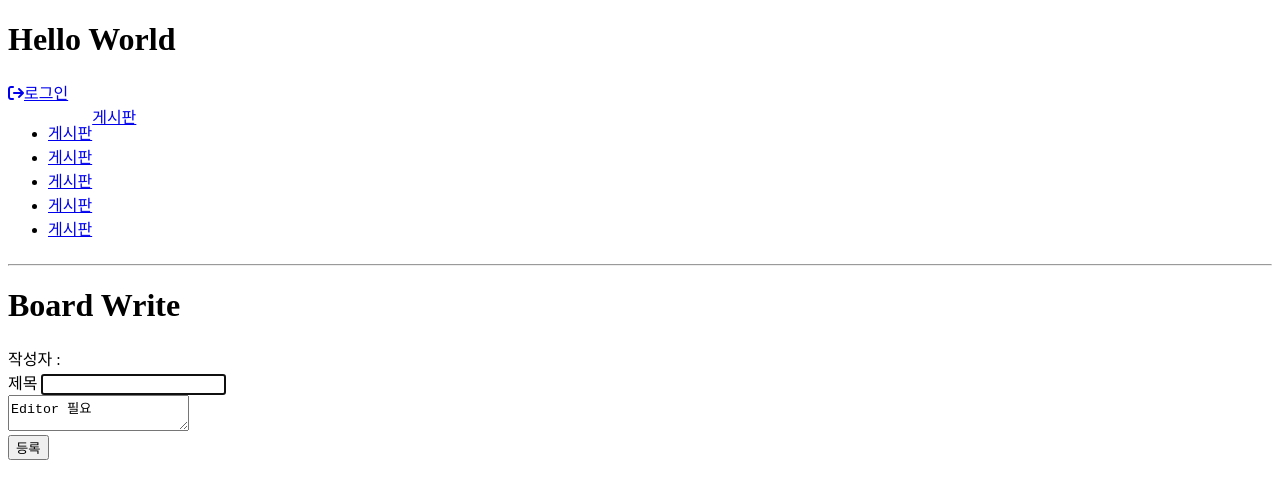
Repository: choimeeyoung94/spring-mvc
Page: http://localhost/05_CRUD/WEB-INF/views/board/write.jsp
These files come from the project's save history. The page is drawn as it stood at one moment and after the next save; the edit follows.
The browser window is 1280 px wide. The pictures show the whole page.
The page is served by Tomcat 9. Nobody is signed in. The template is opened directly, without the code that normally fills it, so the values that code supplies are empty.

Above is the page before, as saved 2025-08-04 05:37:44.

After the next save:
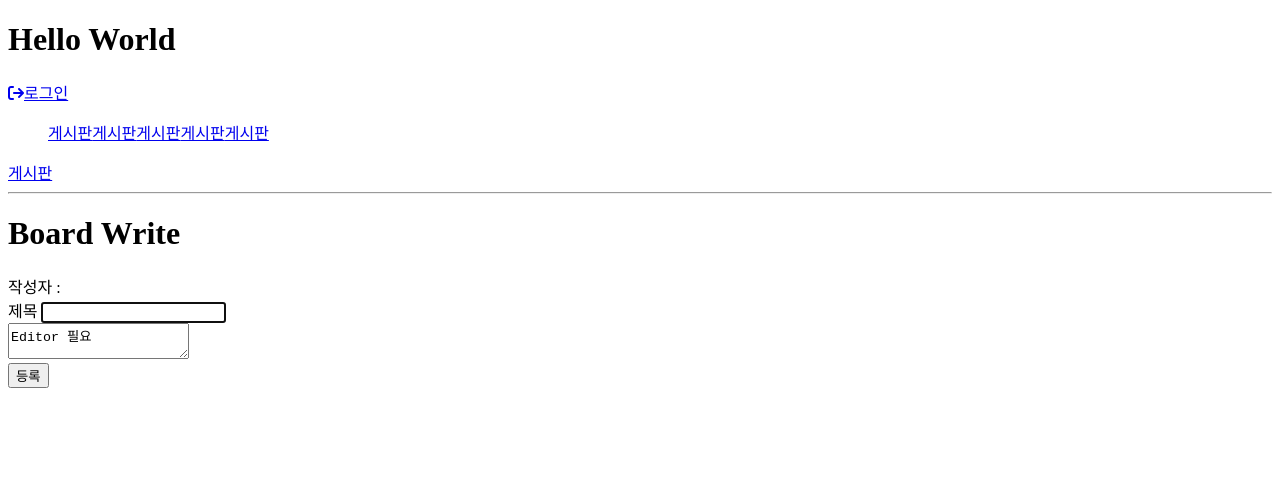
Saved 110 s later.
--- a/05_CRUD/src/main/webapp/WEB-INF/views/layout/header.jsp
+++ b/05_CRUD/src/main/webapp/WEB-INF/views/layout/header.jsp
@@ -33,8 +33,8 @@
   	</div>
   </c:if>
 
-  <nav style="display: flex; list-style: none;">
-  	<ul>
+  <nav >
+  	<ul style="display: flex; list-style: none;">
   		<li><a href="${contextPath}/board/list">게시판</a></li>
   		<li><a href="${contextPath}/board/list">게시판</a></li>
   		<li><a href="${contextPath}/board/list">게시판</a></li>
